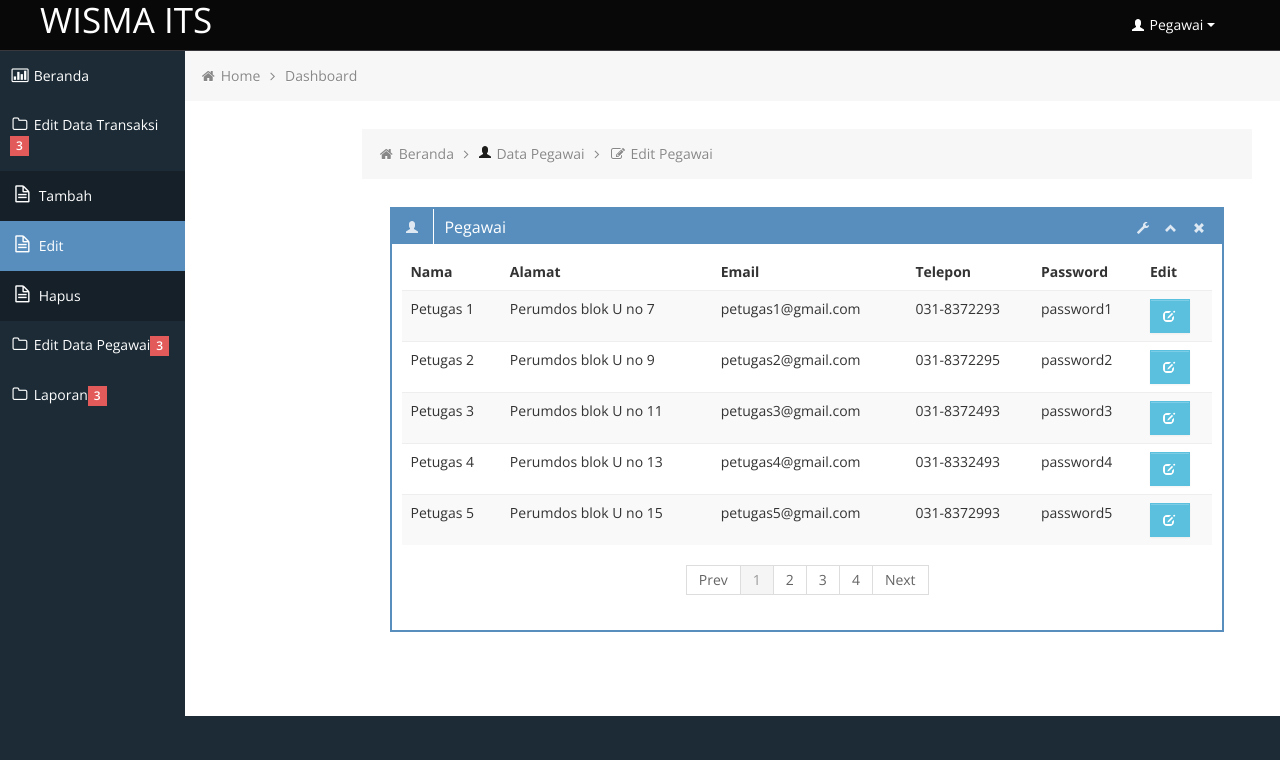
Repository: yohanadps/Wisma
Page: edittransaksi.html
The author's editor kept a record of every edit. The page is drawn from the files as they stood at one moment, then again after the next edit.
The browser window is 1280 px wide. The pictures show the whole page.

Above is the page before.
Console error: TypeError: Cannot read properties of undefined (reading 'oApi')

After the next edit:
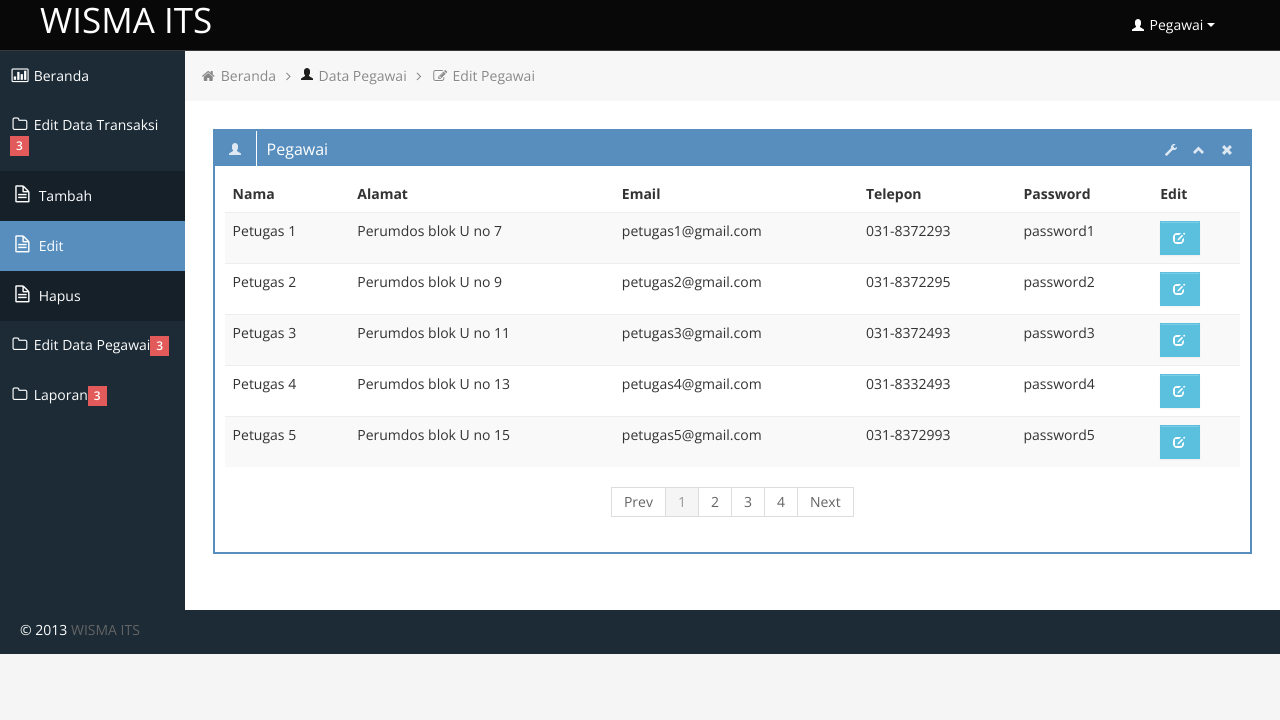
The edit:
--- a/edittransaksi.html
+++ b/edittransaksi.html
@@ -124,18 +124,6 @@
 				</div>
 			</noscript>
 
-			<!-- start: Content -->
-			<div id="content" class="span10">
-
-
-			<ul class="breadcrumb">
-				<li>
-					<i class="icon-home"></i>
-					<a href="index.html">Home</a>
-					<i class="icon-angle-right"></i>
-				</li>
-				<li><a href="#">Dashboard</a></li>
-			</ul>
 
 
 					<!-- start: Content -->
